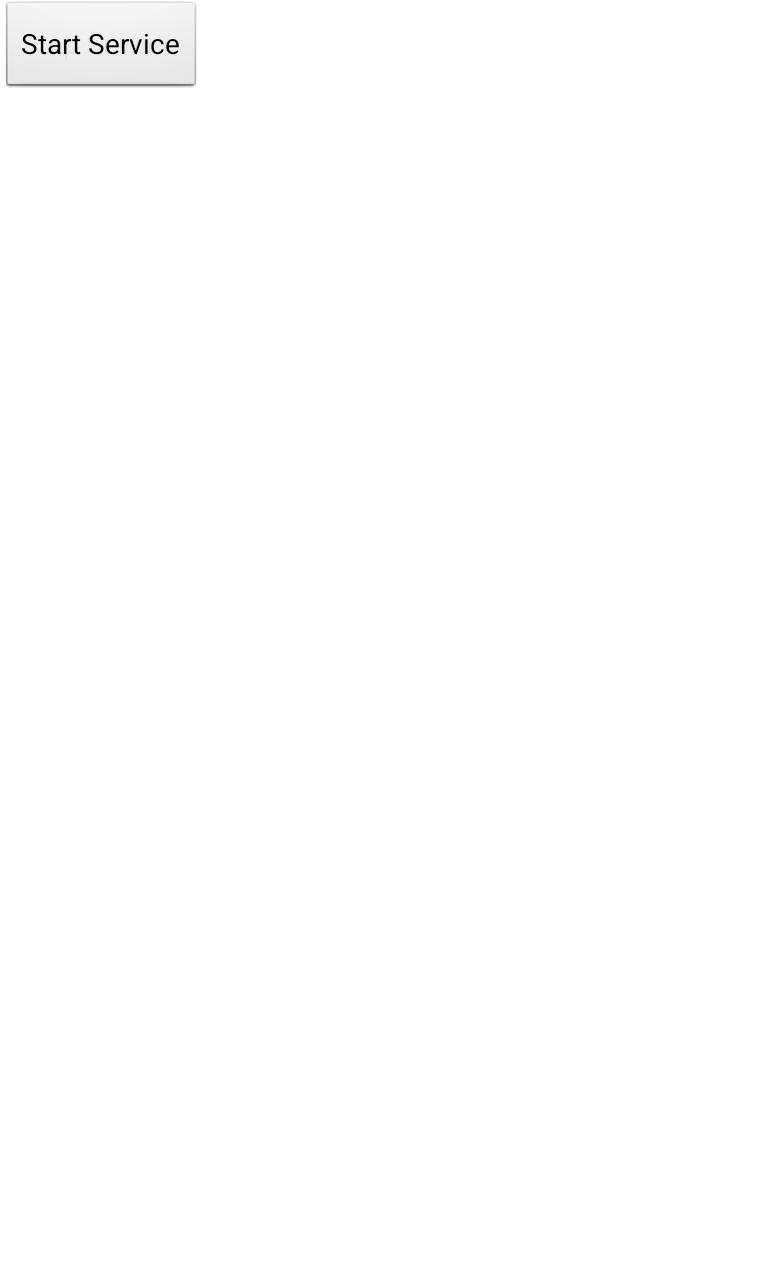
Repository: terraego/Wifidroid
Layout: server/res/layout/activity_wifi_droid_server.xml
The author's editor kept a copy of each file at every save. The layout is drawn from the files as they stood at one save, then again after the next save.
It is drawn on a 768 x 1280 px phone screen (xhdpi) without system bars, with theme AppTheme; the app's code is not run.

Above is the layout before, as saved 2012-07-06 15:23:27.

### server/res/layout/activity_wifi_droid_server.xml
<RelativeLayout xmlns:android="http://schemas.android.com/apk/res/android"
    xmlns:tools="http://schemas.android.com/tools"
    android:id="@+id/RelativeLayout"
    android:layout_width="match_parent"
    android:layout_height="match_parent" >

    <Button
        android:id="@+id/stopService"
        android:layout_width="wrap_content"
        android:layout_height="wrap_content"
        android:text="@string/StopService" />

    <Button
        android:id="@+id/startService"
        android:layout_width="wrap_content"
        android:layout_height="wrap_content"
        android:layout_marginBottom="18dp"
        android:text="@string/StartService" />

</RelativeLayout>

### server/res/values/strings.xml
<resources>

    <string name="app_name">WifiDroidServer</string>
    <string name="hello_world">Hello world!</string>
    <string name="menu_settings">Settings</string>
    <string name="title_activity_wifi_droid_server">WifiDroidServerActivity</string>
    <string name="StartService">&quot;Start Service&quot;</string>
    <string name="StopService">&quot;Stop Service&quot;</string>

</resources>

Loaded but not shown: server/res/values/styles.xml (common file)

After the next save:
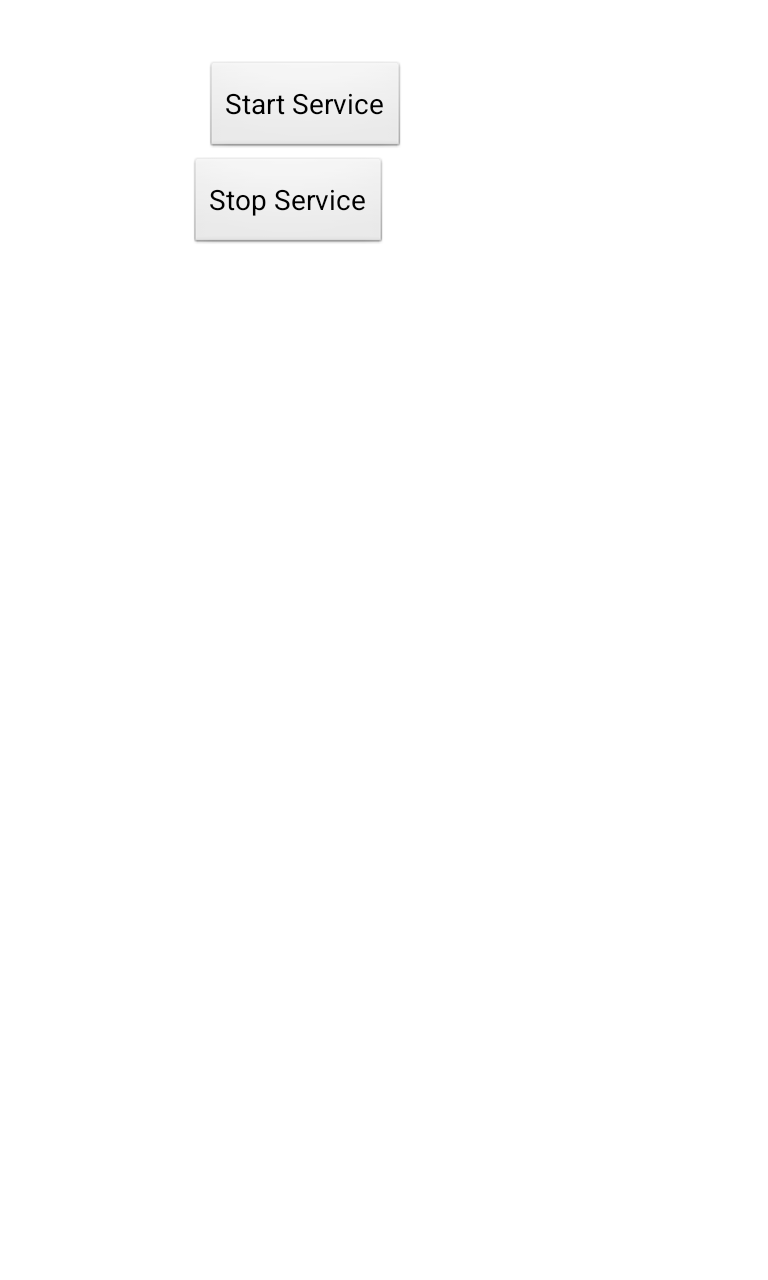
Saved 22 s later.
--- a/server/res/layout/activity_wifi_droid_server.xml
+++ b/server/res/layout/activity_wifi_droid_server.xml
@@ -5,16 +5,21 @@
     android:layout_height="match_parent" >
 
     <Button
+        android:id="@+id/startService"
+        android:layout_width="wrap_content"
+        android:layout_height="wrap_content"
+        android:layout_alignParentTop="true"
+        android:layout_marginLeft="102dp"
+        android:layout_marginTop="30dp"
+        android:text="@string/StartService" />
+
+    <Button
         android:id="@+id/stopService"
         android:layout_width="wrap_content"
         android:layout_height="wrap_content"
+        android:layout_alignParentLeft="true"
+        android:layout_below="@+id/startService"
+        android:layout_marginLeft="94dp"
         android:text="@string/StopService" />
 
-    <Button
-        android:id="@+id/startService"
-        android:layout_width="wrap_content"
-        android:layout_height="wrap_content"
-        android:layout_marginBottom="18dp"
-        android:text="@string/StartService" />
-
 </RelativeLayout>
